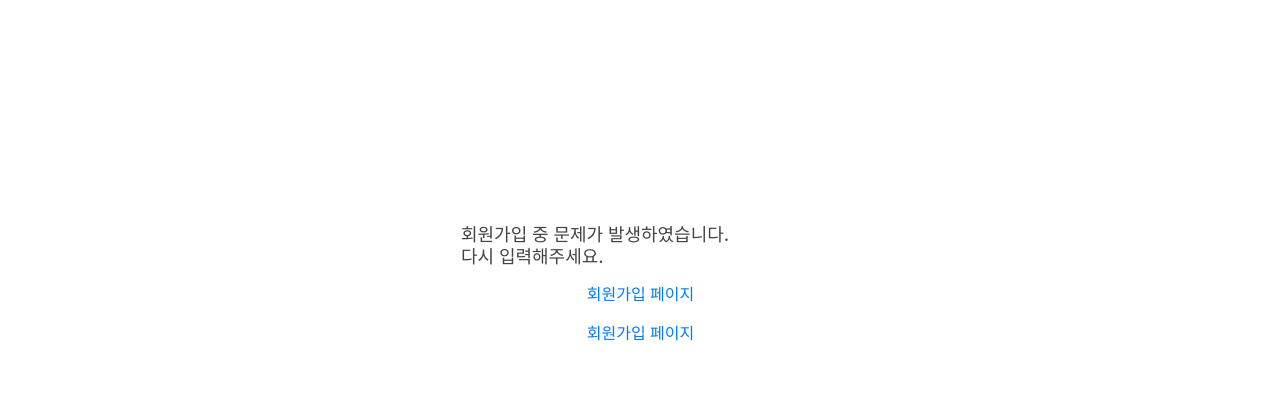
Repository: Jungsol/Servlet_JSP_study
Page: http://localhost/JSP/ex14Join/joinFalse.jsp
An editor plug-in stored every save of this project. The page is shown before and after the next save, followed by the edit.
The browser window is 1280 px wide. The pictures show the whole page.
Some web libraries are served in a nearby version. The page is served by Tomcat 9. Other server files are loaded and not shown.

Above is the page before, as saved 2023-06-19 10:47:01.
Console error: TypeError: Cannot read properties of undefined (reading 'fn')

### JSP/src/main/webapp/ex14Join/joinFalse.jsp
<%@ page language="java" contentType="text/html; charset=EUC-KR"
    pageEncoding="EUC-KR"%>
<!DOCTYPE html>
<html>
<head>
	<link href="//maxcdn.bootstrapcdn.com/bootstrap/4.1.1/css/bootstrap.min.css" rel="stylesheet" id="bootstrap-css">
	<link href="login.css" rel="stylesheet">
	<script src="//maxcdn.bootstrapcdn.com/bootstrap/4.1.1/js/bootstrap.min.js"></script>
	<script src="//cdnjs.cloudflare.com/ajax/libs/jquery/3.2.1/jquery.min.js"></script>
	<meta charset="EUC-KR">
	<title>Insert title here</title>
</head>
<body id="JoinForm">
	<div class="container">
			<div class="main-div">
			    <div class="panel">
				    <br>
				    <h2>
				    	회원가입 중 문제가 발생하였습니다.<br>
				    	다시 입력해주세요.
				    </h2>
				    <!-- login.html으로 이동하는 하이퍼링크를 만드시오.. -->
				    <a href="../ex13Login/login.html">회원가입 페이지</a>
				    <!-- join.html으로 이동하는 하이퍼링크를 만드시오.. -->
				    <a href="join.html">회원가입 페이지</a>
			    </div>
			</div>
	</div>

</body>
</html>

### JSP/src/main/webapp/ex13Login/login.css
@charset "EUC-KR";

@charset "EUC-KR";

body#LoginForm {
	background-color: rgba(0,0,0,0.5);
}

.form-heading {
	color: #fff;
	font-size: 23px;
}

.panel h2 {
	color: #444444;
	font-size: 18px;
	margin: 0 0 8px 0;
}

.panel h1{
	font-size: 35px;
	margin: 0;
	text-align: center;
}

.panel p {
	color: #777777;
	font-size: 14px;
	margin-bottom: 30px;
	line-height: 24px;
}
.panel a{
	display: block;
	text-align: center;
	margin-top: 15px;
}

.login-form .form-control {
	background: #f7f7f7 none repeat scroll 0 0;
	border: 1px solid #d4d4d4;
	border-radius: 4px;
	font-size: 14px;
	height: 50px;
	line-height: 50px;
}

.main-div {
	background: #ffffff none repeat scroll 0 0;
	border-radius: 25px;
	margin: 150px auto 30px;
	width:500px;
	padding: 50px 70px 70px 71px;
}

.login-form .form-group {
	margin-bottom: 10px;
}

.login-form {
	text-align: center;
}

.login-form  .btn.btn-primary {
	background: #f0ad4e none repeat scroll 0 0;
	border-color: #f0ad4e;
	color: #ffffff;
	font-size: 14px;
	width: 100%;
	height: 50px;
	line-height: 50px;
	padding: 0;
}

.botto-text {
	color: #ffffff;
	font-size: 14px;
	margin: auto;
}

.login-form .btn.btn-primary.reset {
	background: #ff9900 none repeat scroll 0 0;
}

.back {
	text-align: left;
	margin-top: 10px;
}

.back a {
	color: #444444;
	font-size: 13px;
	text-decoration: none;
}

After the next save:
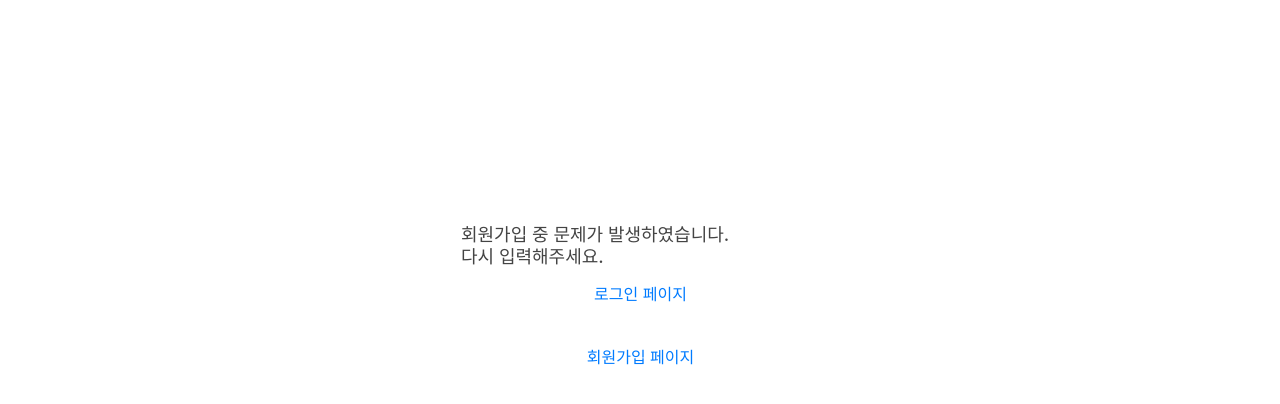
Saved 9 s later.
--- a/JSP/src/main/webapp/ex14Join/joinFalse.jsp
+++ b/JSP/src/main/webapp/ex14Join/joinFalse.jsp
@@ -20,7 +20,7 @@
 				    	다시 입력해주세요.
 				    </h2>
 				    <!-- login.html으로 이동하는 하이퍼링크를 만드시오.. -->
-				    <a href="../ex13Login/login.html">회원가입 페이지</a>
+				    <a href="../ex13Login/login.html">로그인 페이지</a> <br>
 				    <!-- join.html으로 이동하는 하이퍼링크를 만드시오.. -->
 				    <a href="join.html">회원가입 페이지</a>
 			    </div>
